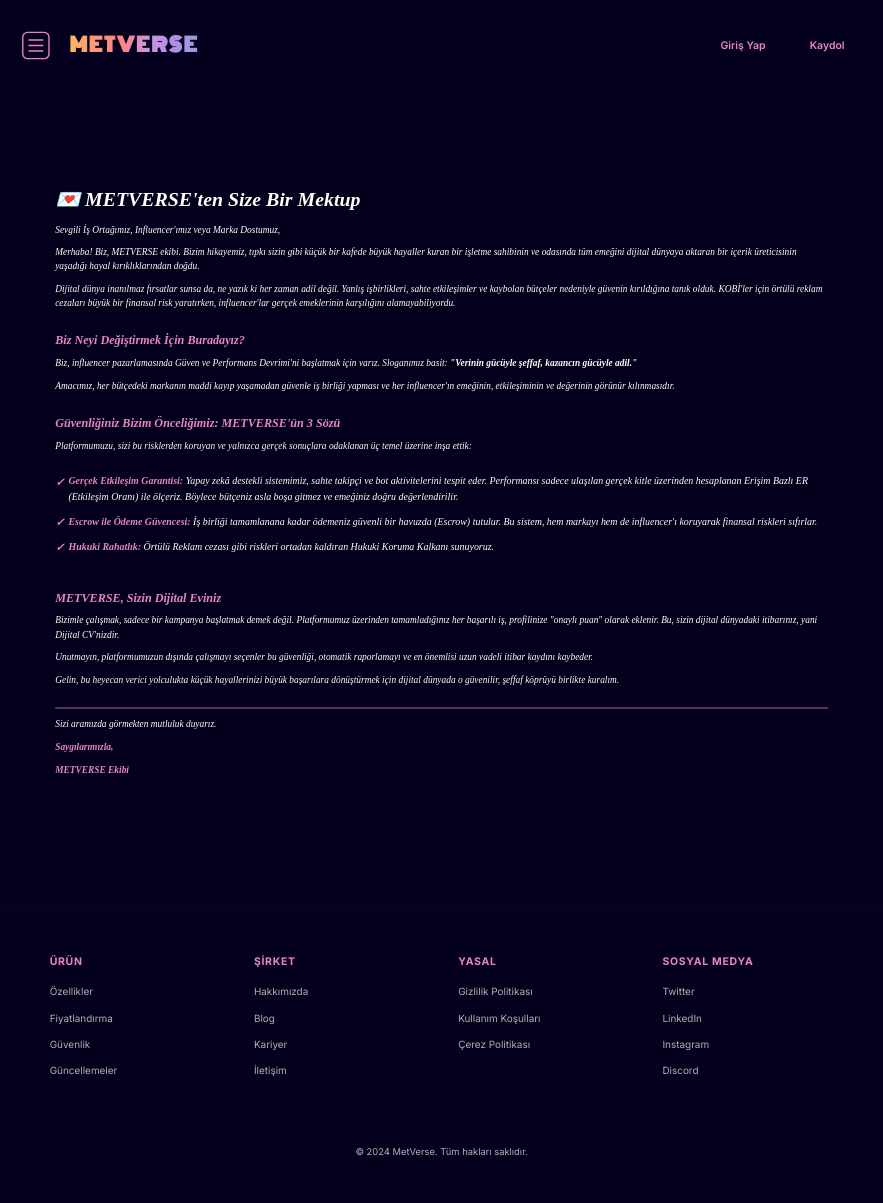
Repository: Selennguveen/metverse_website
Page: Hakkimizda.html
These files come from the project's save history. The page is drawn as it stood at one moment and after the next save; the edit follows.
The browser window is 1280 px wide. The pictures show the whole page, at 69% of full size.
Some web fonts or font styles are not loaded; a fallback is used.

Above is the page before, as saved 2025-12-21 00:26:26.

After the next save:
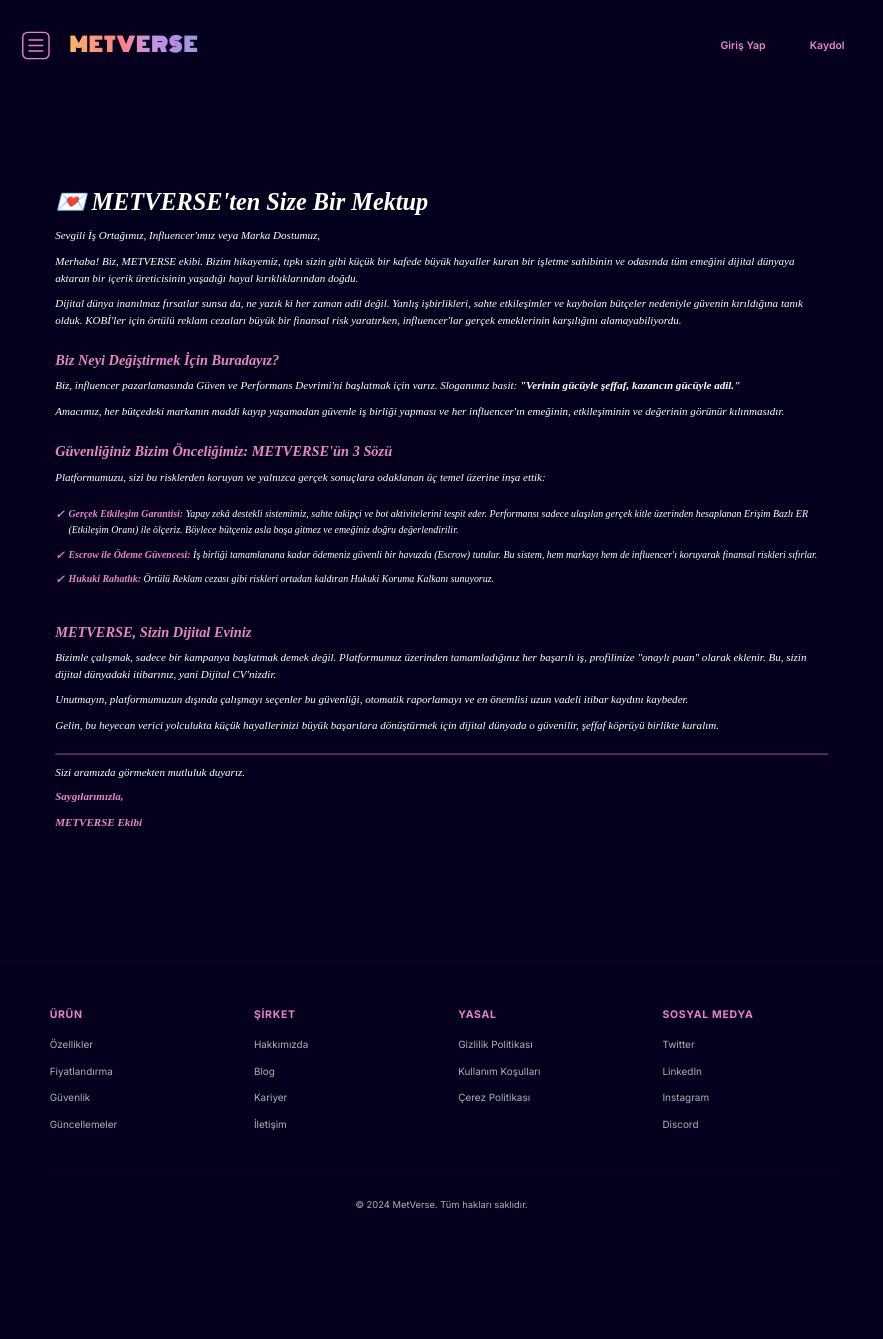
Saved 43 s later.
--- a/Hakkimizda.html
+++ b/Hakkimizda.html
@@ -36,7 +36,7 @@
         }
 
         .about-container h1 {
-            font-size: 1.8rem;
+            font-size: 2.2rem;
             font-weight: 800;
             color: #ffffff;
             margin-bottom: 1rem;
@@ -48,7 +48,7 @@
         }
 
         .about-container h2 {
-            font-size: 1.1rem;
+            font-size: 1.3rem;
             font-weight: 700;
             color: #e885ca;
             margin-top: 1rem;
@@ -60,7 +60,7 @@
         }
 
         .about-container p {
-            font-size: 0.85rem;
+            font-size: 1rem;
             color: #ffffff;
             line-height: 1.5;
             margin-bottom: 0.8rem;
@@ -80,7 +80,7 @@
         }
 
         .about-container li {
-            font-size: 0.85rem;
+            font-size: 1rem;
             color: #ffffff;
             line-height: 1.5;
             margin-bottom: 0.8rem;
@@ -113,7 +113,7 @@
             padding-top: 0.8rem;
             border-top: 2px solid rgba(232, 133, 202, 0.5);
             text-align: left;
-            font-size: 0.85rem;
+            font-size: 1rem;
             color: #ffffff;
             line-height: 1.5;
             text-shadow: 0 1px 3px rgba(0, 0, 0, 0.5);
